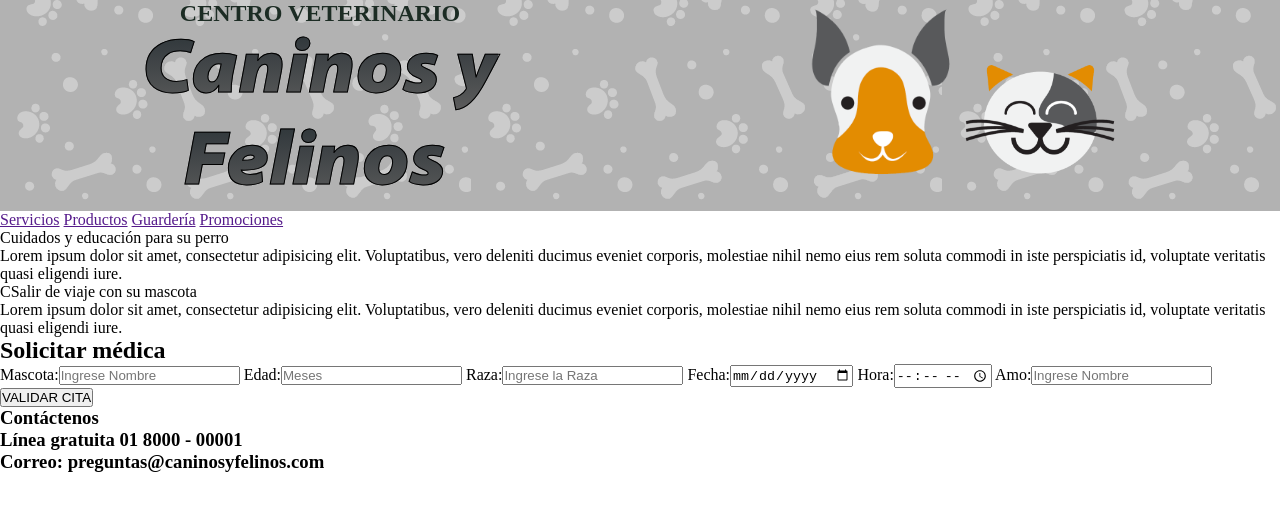
Repository: mariomr87/senaweb01
Page: principal.html
The author's editor kept a copy of each file at every save. The page is drawn from the files as they stood at one save, then again after the next save.
The browser window is 1280 px wide. The pictures show the whole page.

Above is the page before, as saved 2021-09-26 20:54:59.

After the next save:
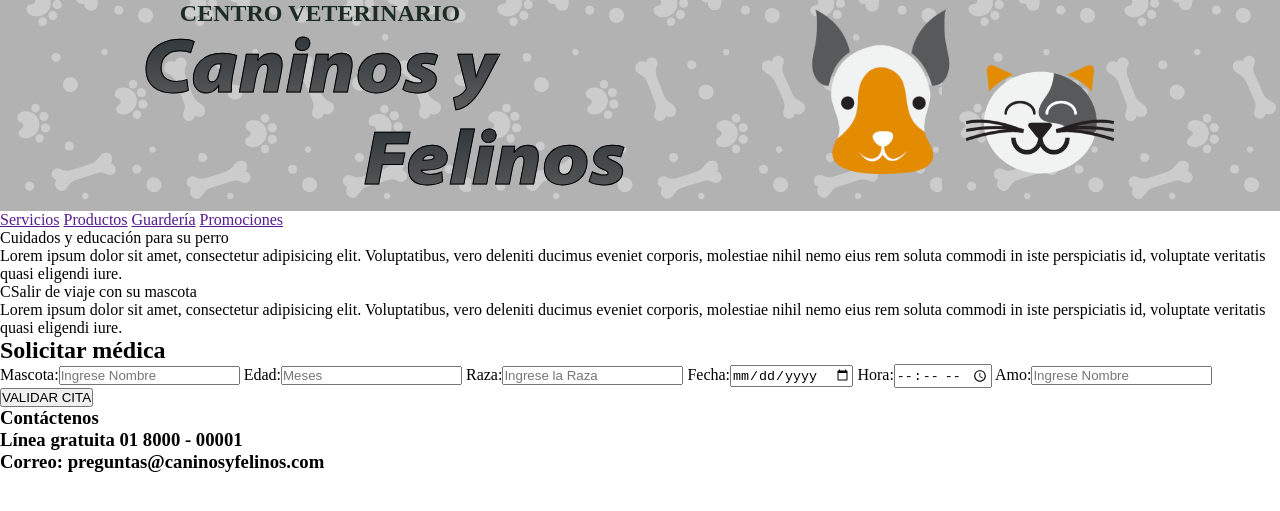
Saved 71 s later.
--- a/estilos.css
+++ b/estilos.css
@@ -50,5 +50,5 @@ header{
 }
 
 #text-felinos{
-    margin-right: 10px;
+    margin-left: 350px;
 }
